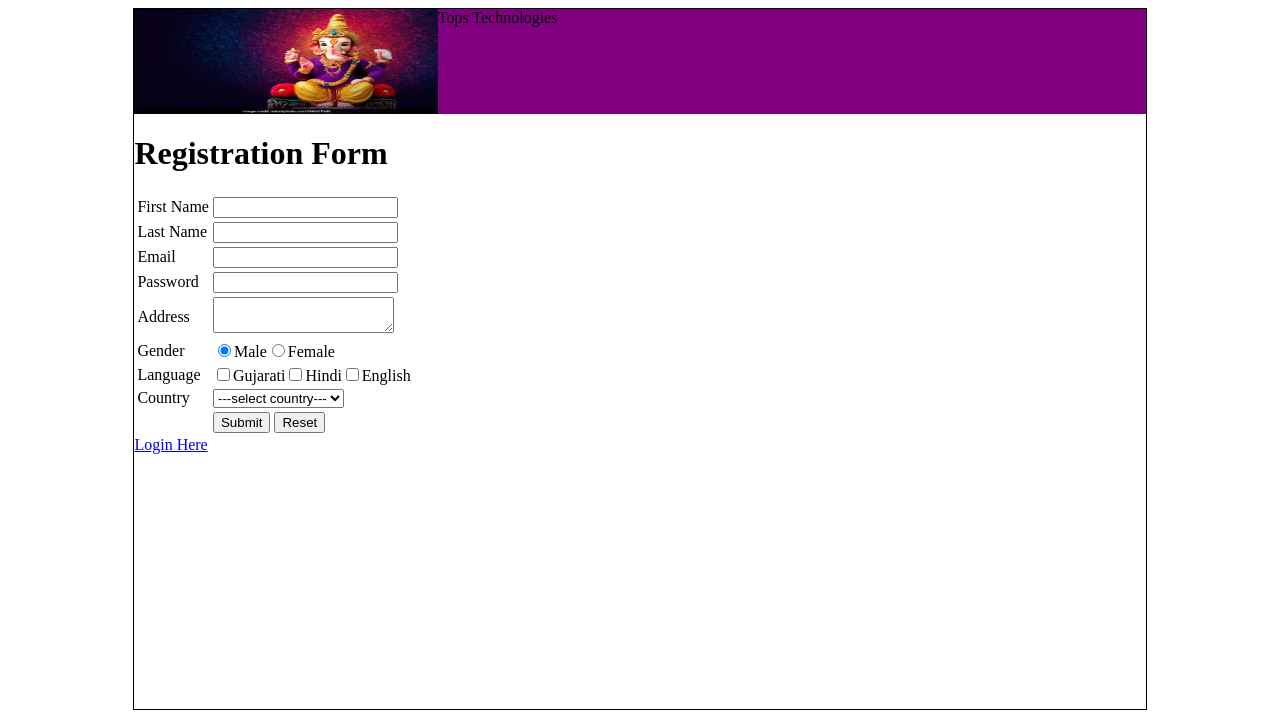
Repository: Laxman877/MyWorkspace
Page: Corejava/Learning_Web/src/main/webapp/division.html
The author's editor kept a copy of each file at every save. The page is drawn from the files as they stood at one save, then again after the next save.
The browser window is 1280 px wide. The pictures show the whole page.

Above is the page before, as saved 2022-04-27 05:38:18.

After the next save:
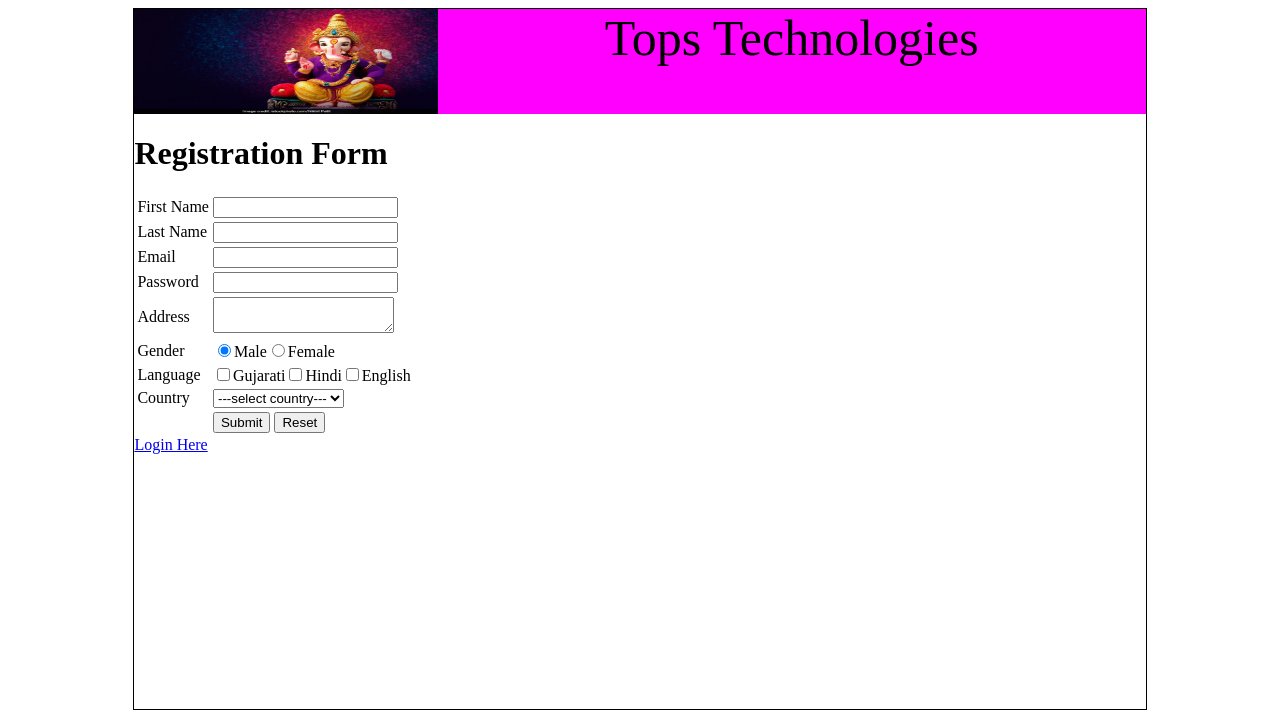
Saved 74 s later.
--- a/Corejava/Learning_Web/src/main/webapp/css/style1.css
+++ b/Corejava/Learning_Web/src/main/webapp/css/style1.css
@@ -22,5 +22,10 @@
 #title
 {
 	width: 70%;
+	background-color: fuchsia;
+	height: 100%;
+	float: right;
+	font-size: 50px;
+	text-align: center;
 
 }
